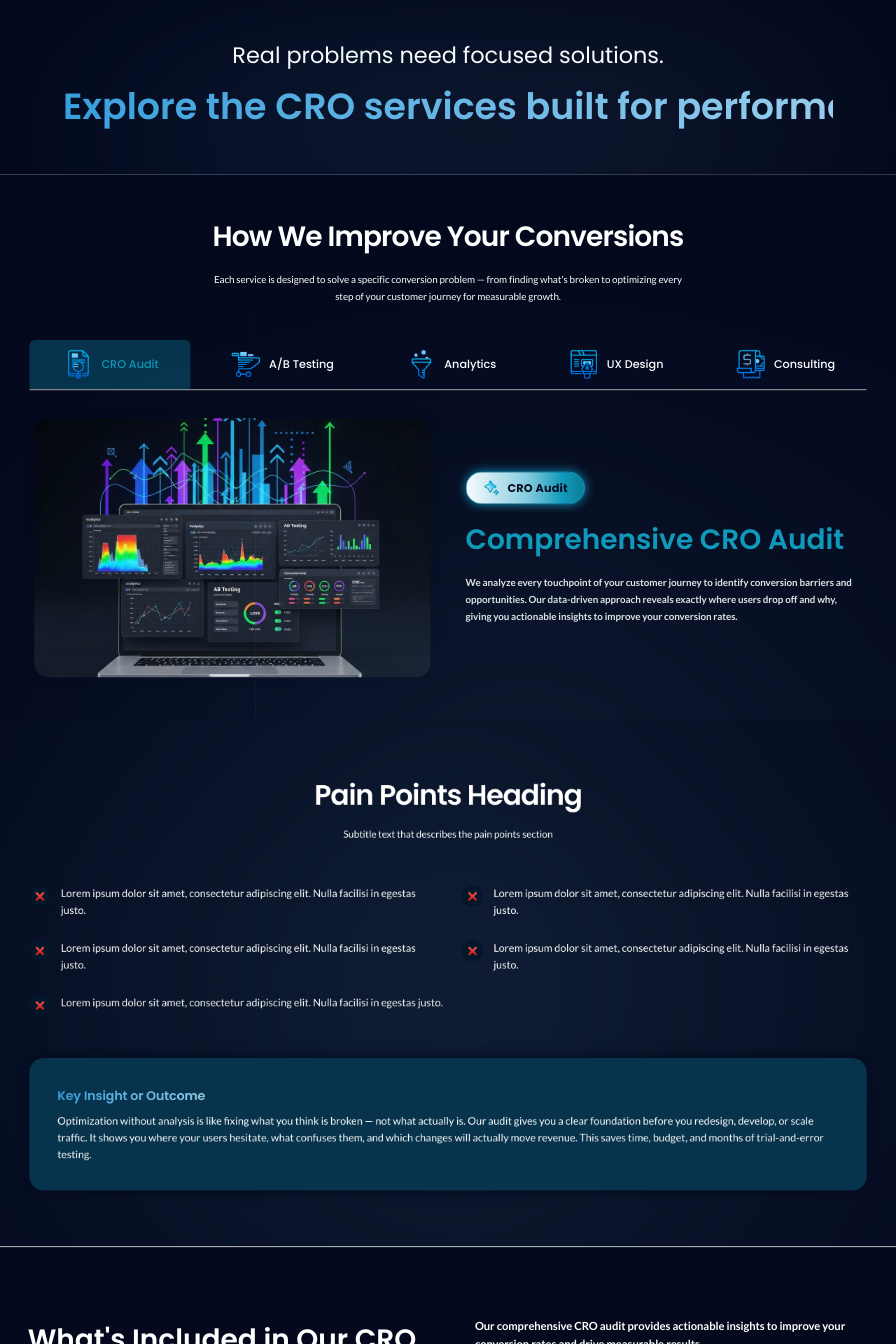
Repository: YahyaK01/kinseb
Page: /services
These files come from the project's save history. The page is drawn as it stood at one moment and after the next save; the edit follows.
The browser window is 1280 px wide. The pictures show the part of the page from y = 952 to 2872 px (the page is 5202 px tall), at 70% of full size.
The project was rebuilt for these pictures with package versions that can differ from the ones it lists, and the page was loaded fresh each time. Also part of the build but not shown: src/components/FAQ.js, src/components/CTA.jsx, src/components/MetricsSection.jsx, src/components/WhyCROMatter.jsx, src/components/Processsection.jsx, src/components/Hero.jsx, src/components/CEO.jsx, src/components/Roicalculator.jsx and 13 more.

Above is the page before, as saved 2025-12-05 22:36:14.

After the next save:
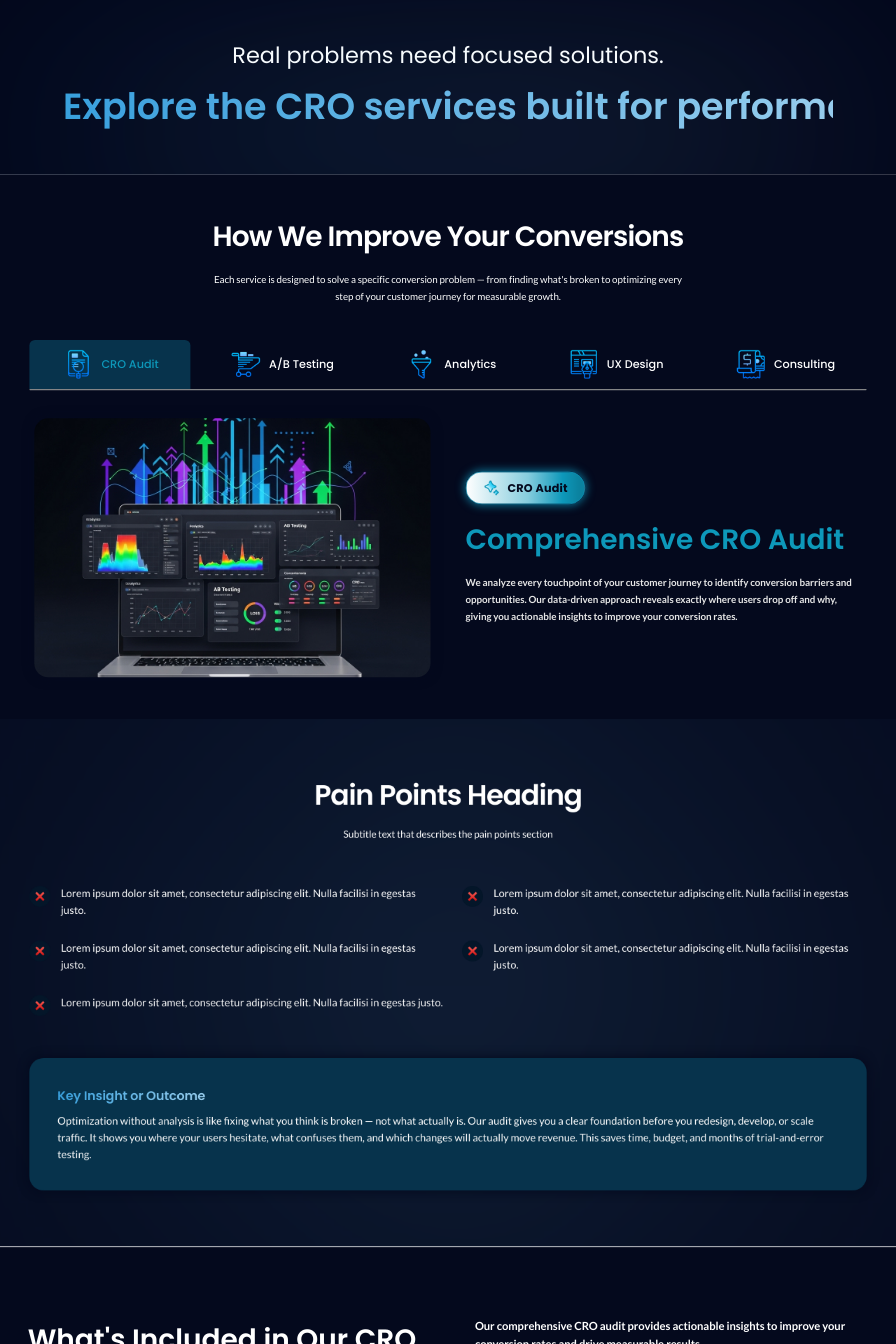
Saved 98 s later.
--- a/src/components/ServiceTabSection.jsx
+++ b/src/components/ServiceTabSection.jsx
@@ -414,9 +414,7 @@
       {/* Decorative Blur Ellipses */}
       <div style={ellipse1Style}></div>
       <div style={ellipse2Style}></div>
-      <div style={ellipse3Style}></div>
-      <div style={ellipse4Style}></div>
-      <div style={ellipse5Style}></div>
+
 
       <div style={containerStyle}>
         {/* Header Section */}

After the save that followed:
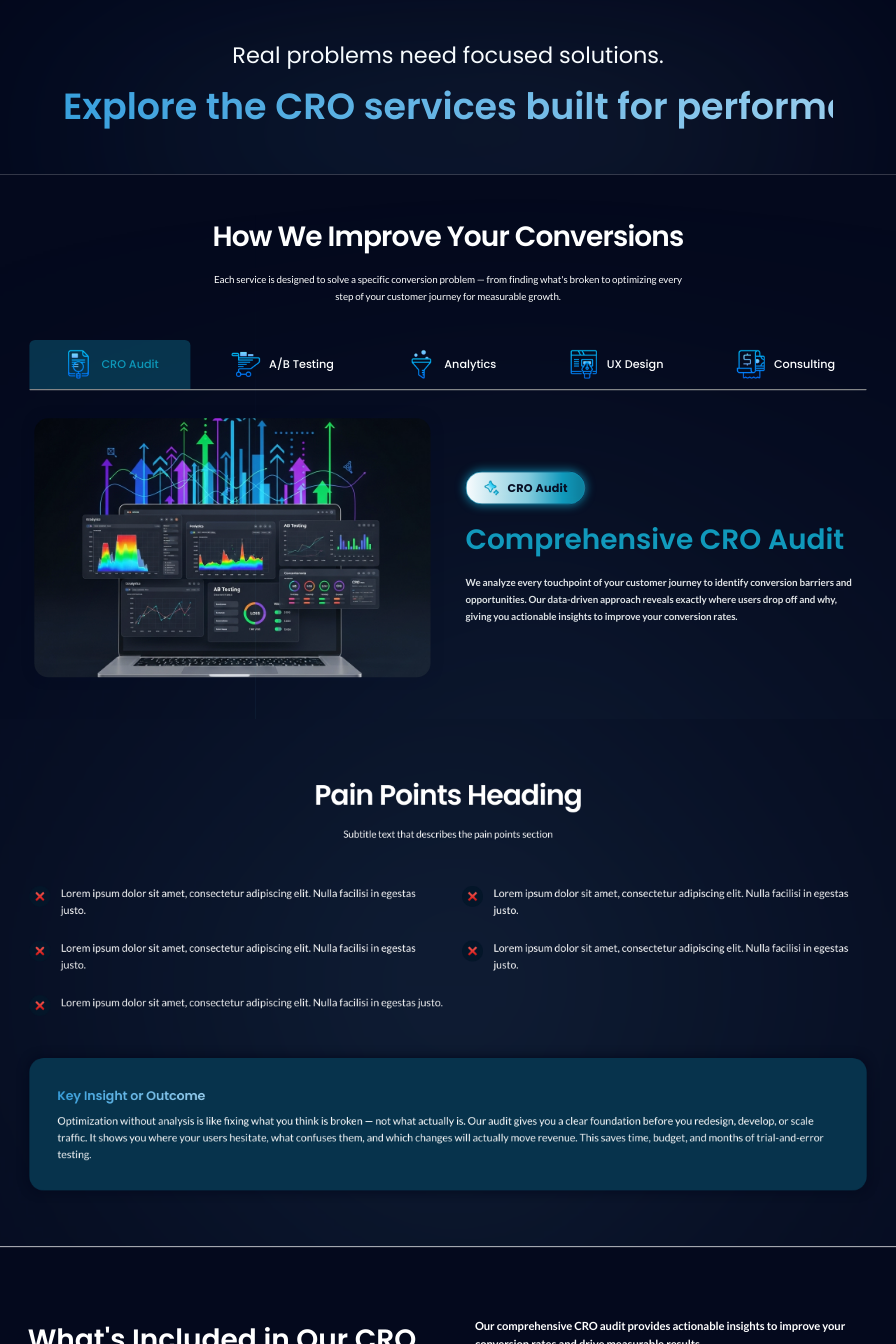
Saved 13 s later.
--- a/src/components/ServiceTabSection.jsx
+++ b/src/components/ServiceTabSection.jsx
@@ -412,9 +412,11 @@
   return (
     <div ref={sectionRef} style={wrapperStyle}>
       {/* Decorative Blur Ellipses */}
-      <div style={ellipse1Style}></div>
-      <div style={ellipse2Style}></div>
-
+      {/* <div style={ellipse1Style}></div>
+      <div style={ellipse2Style}></div> */}
+      <div style={ellipse3Style}></div>
+      <div style={ellipse4Style}></div>
+      <div style={ellipse5Style}></div>
 
       <div style={containerStyle}>
         {/* Header Section */}
